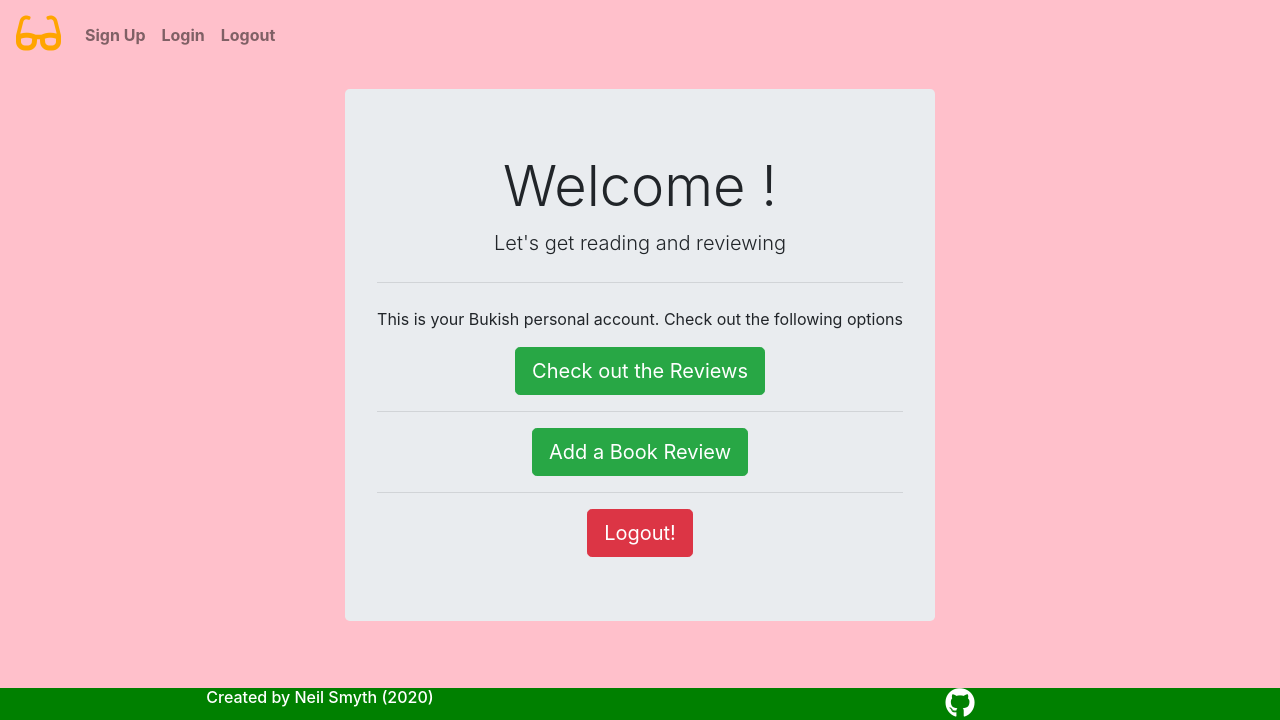
Repository: NeiloErnesto89/Data_Centric_Dev_Milestone_Project3
Page: templates/bio.html
The author's editor kept a record of every edit. The page is drawn from the files as they stood at one moment, then again after the next edit.
The browser window is 1280 px wide. The pictures show the whole page.
Some web libraries are served in a nearby version. The template is drawn by Flask 3. The application's start-up code is not run. The template is opened directly, without the code that normally fills it, so the values that code supplies are empty.

Above is the page before.

After the next edit:
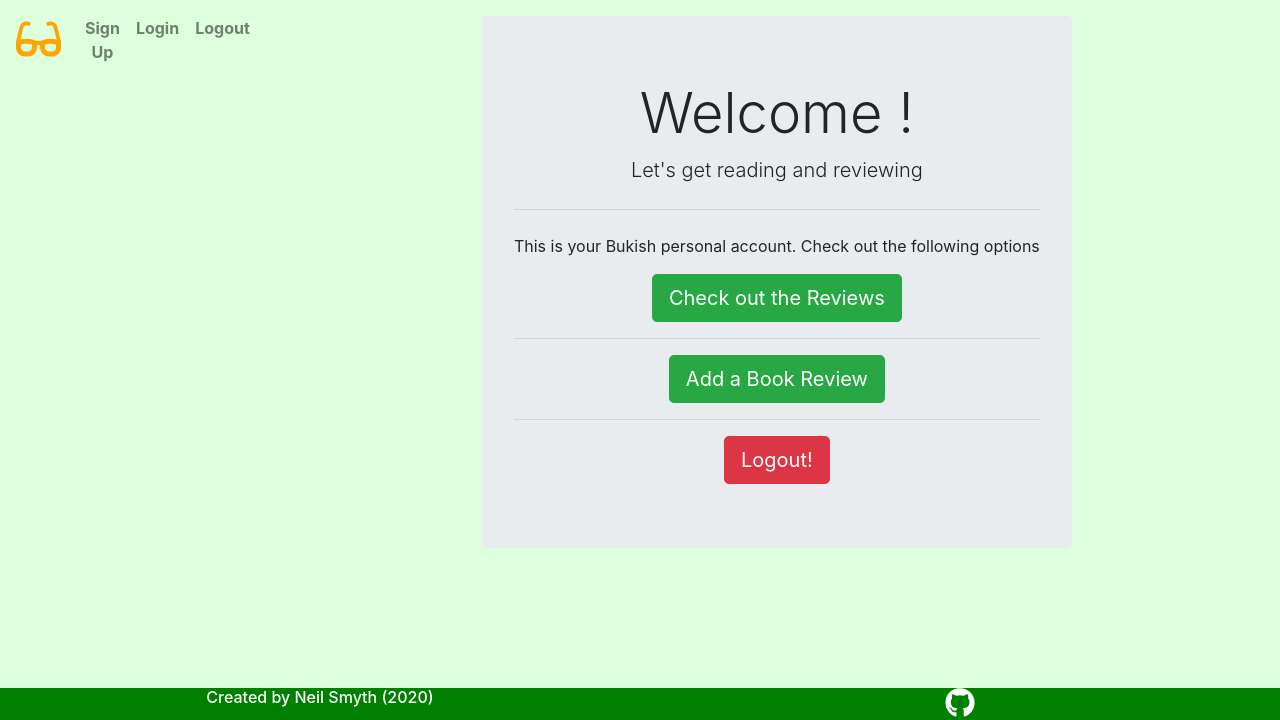
The edit:
--- a/static/css/style.css
+++ b/static/css/style.css
@@ -1,5 +1,6 @@
 body {
-  background-color: pink;
+  background-color: #DEFFDC;
+  display: flex;
 }
 
 
